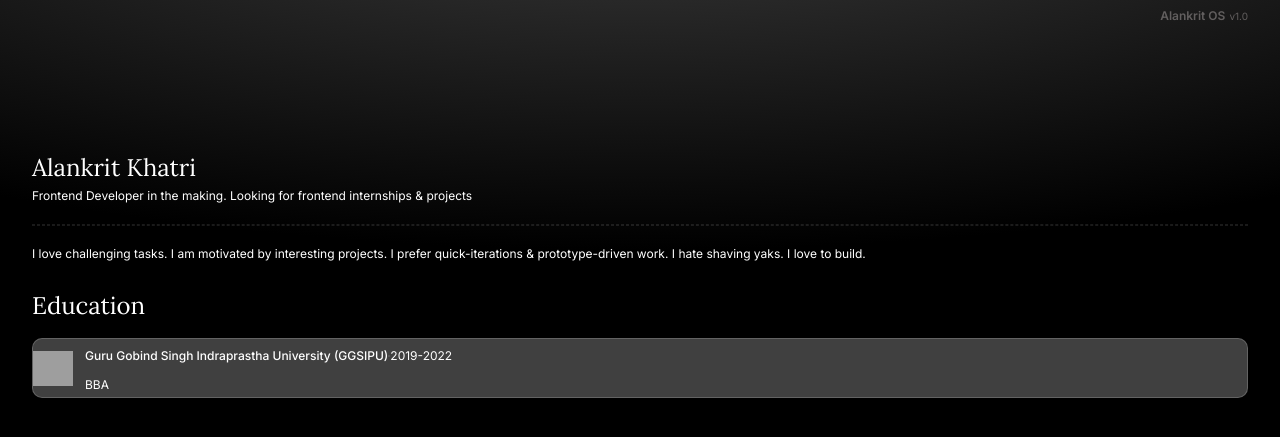
Repository: alankritkhatri/alankrit.xyz
Page: /
An editor plug-in stored every save of this project. The page is shown before and after a run of saves, followed by the edit.
The browser window is 1280 px wide. The pictures show the whole page.
Pictures or frames that could not be fetched are drawn as grey boxes. The project was rebuilt for these pictures with package versions that can differ from the ones it lists, and the page was loaded fresh each time. Also part of the build but not shown: vite.config.js, src/blog.jsx.

Above is the page before, as saved 2024-08-11 21:25:42.

### index.html
<!DOCTYPE html>
<html lang="en">
  <head>
    <meta charset="UTF-8" />

    <link rel="icon" type="image/svg+xml" href="/vite.svg" />
    <link rel="preconnect" href="https://fonts.googleapis.com" />
    <link rel="preconnect" href="https://fonts.gstatic.com" crossorigin />
    <link
      href="https://fonts.googleapis.com/css2?family=Inter:wght@100..900&display=swap"
      rel="stylesheet"
    />

    <link
      href="https://fonts.googleapis.com/css2?family=Lora:ital,wght@0,400..700;1,400..700&display=swap"
      rel="stylesheet"
    />
    <!-- Linkedin link -->
    <script
      src="https://platform.linkedin.com/badges/js/profile.js"
      async
      defer
      type="text/javascript"
    ></script>
<meta name="viewport" content="width=device-width, initial-scale=1.0">
    <title>AlankritOS</title>
  </head>
  <body>
    <div id="root"></div>
    <script type="module" src="/src/main.jsx"></script>
  </body>
</html>

### src/App.jsx
import "./App.css";
import { BrowserRouter as Router, Routes, Route, Link } from "react-router-dom";
import Blog from "./blog";
import Home from "./pages/Home/Home";
const App = () => {
  return (
    <div className="main">
      <Router>
        <Link to="/">
          <div className="logo">
            <h1>Alankrit OS</h1>
            <span>v1.0</span>
          </div>
        </Link>
        <Routes>
          <Route path="/" element={<Home />} />
          <Route path="blog" element={<Blog />} />
        </Routes>
      </Router>
    </div>
  );
};

export default App;

### src/App.css
* {
  margin: 0px;
  padding: 0px;
  box-sizing: border-box;
  font-family: Inter, Haettenschweiler, "Arial Narrow Bold", sans-serif;
}

body,html{
  min-height: 100vh;
background: radial-gradient(100% 400px at 50% -150px, #404040, #000000)
}
.main {
  h1 {
    line-height: 32px;
  }
  h2 {
    line-height: 24px;
  }
  h3 {
    line-height: 16px;
  }
  p {
    line-height: 24px;
  }
  color: white;

  padding: 0px 32px;
  a {
    text-decoration: none;
  }
  .logo {
    color: rgba(126, 121, 121, 0.726);
    display: flex;
    align-items: center;
    justify-content: flex-end;
    gap: 4px;

    font-family: monospace;
    animation: flicker 2s infinite;
    h1 {
      font-size: 12px;
      font-weight: 600;
    }
    span {
      font-size: 10px;
      font-weight: 400;
    }
  }
}
/* logo flickr animation */
@keyframes flicker {
  0% {
    opacity: 0;
  }
  9% {
    opacity: 0;
  }
  10% {
    opacity: 0.5;
  }
  13% {
    opacity: 0;
  }
  20% {
    opacity: 0.5;
  }
  25% {
    opacity: 1;
  }
}

### src/pages/Home/Home.jsx
import Infosection from "../../components/Info-Section/Infosection.jsx";
import "./Home.css";
import data from "../../alankrit_data/data.json";
const Home = () => {
  return (
    <div className="home">
      <div
        className="badge-base LI-profile-badge"
        data-locale="en_US"
        data-size="medium"
        data-theme="dark"
        data-type="VERTICAL"
        data-vanity="alankrit-khatri"
        data-version="v1"
      >
        {" "}
        </div>

      <div className="about-section">
        <h1 className="name">Alankrit Khatri</h1>
        <p>
          Frontend Developer in the making. Looking for frontend internships &
          projects
        </p>
        <div className="dashed-line"></div>
        <p>
          I love challenging tasks. I am motivated by interesting projects. I
          prefer quick-iterations & prototype-driven work. I hate shaving yaks.
          I love to build.
        </p>
      </div>
      <div className="education-section">
        <h1>Education</h1>
        <Infosection {...data} />




        {console.log(data)}
      </div>
    </div>
  );
};

export default Home;

### src/components/Info-Section/Infosection.jsx
import "./infoSection.css";
const Infosection = (props) => {
  return (
    <>
      <div className="infosection-details">
        <img
          src={props[0].educationDetails.bachelors.logo}
          alt=""
          style={{ width: "40px", height: "35px" }}
        />
        <div className=" infosection-info">
          <div className="infosection-info-top ">
            <h2 style={{ opacity: "1", fontWeight: "500" }}>
              {props[0].educationDetails.bachelors.schoolName}
            </h2>
            <div className="dashed-line"></div>
            <h2> {props[0].educationDetails.bachelors.schoolYears} </h2>
          </div>

          <div className="infosection-info-bottom">
            <h2> {props[0].educationDetails.bachelors.course}</h2>
          </div>
        </div>
      </div>
    </>
  );
};

export default Infosection;

### src/pages/Home/Home.css
.home {
  margin: 96px 0px;
  display: flex;
  flex-direction: column;
  gap: 24px;
  /* dashed line  */
  .dashed-line {
    margin: 16px 0px;
    opacity: 0.1;
    border-width: 1px;
    border-style: dashed;
    color: rgb(255 255 255);
  }
  .hide {
    display: none;
  }
  h1 {
    font-family: "Lora", serif;
    font-size: 24px;
    font-weight: 400;
  }
  h2 {
    font-size: 12px;
    font-style: normal;
    font-weight: 400;
  }
  h3 {
    font-size: 10px;
    font-style: normal;
    font-weight: 300;
  }
  p {
    font-size: 12px;
  }
  .about-section {
    display: flex;
    flex-direction: column;
    .name {
      line-height: 32px;
    }
  }
}

### src/alankrit_data/data.json
[
  {
    "educationDetails": {
      "className": "education-details",
      "bachelors": {
        "schoolName": "Guru Gobind Singh Indraprastha University (GGSIPU)",
        "schoolYears": "2019-2022",
        "course": "BBA",
        "logo": "https://encrypted-tbn0.gstatic.com/images?q=tbn:ANd9GcRM9GNTFenU_T9caTwA63o86iaVHMnf9eeEPw&s"
      },
      "masters": {
        "schoolName": "Guru Gobind Singh Indraprastha University (GGSIPU)",
        "schoolYears": "2019-2022",
        "logo": "https://encrypted-tbn0.gstatic.com/images?q=tbn:ANd9GcRM9GNTFenU_T9caTwA63o86iaVHMnf9eeEPw&s"
      }
    }
  }
]

### src/components/Info-Section/infoSection.css
.infosection-details {
  background: rgba(255, 255, 255, 0.25);
  -webkit-backdrop-filter: blur(4px);
  border-radius: 10px;
  border: 1px solid rgba(255, 255, 255, 0.18);
  backdrop-filter: blur(10px);
  backdrop-filter: saturate(180%) blur(10px);
  display: flex;
  align-items: center;
  gap: 12px;
  margin: 16px 0px;

  .infosection {
    width: 100%;
    min-width: 80%;
    * {
      line-height: 16px;
    }
    h3 {
      letter-spacing: -0.26px;
      opacity: 0.5;
    }
    h2 {
      opacity: 0.5;
    }
  }
  .infosection-info-top {
    display: flex;
    justify-content: space-between;
    align-items: center;
  }
}

Loaded but not shown: src/main.jsx (common file)

After the next 4 saves:
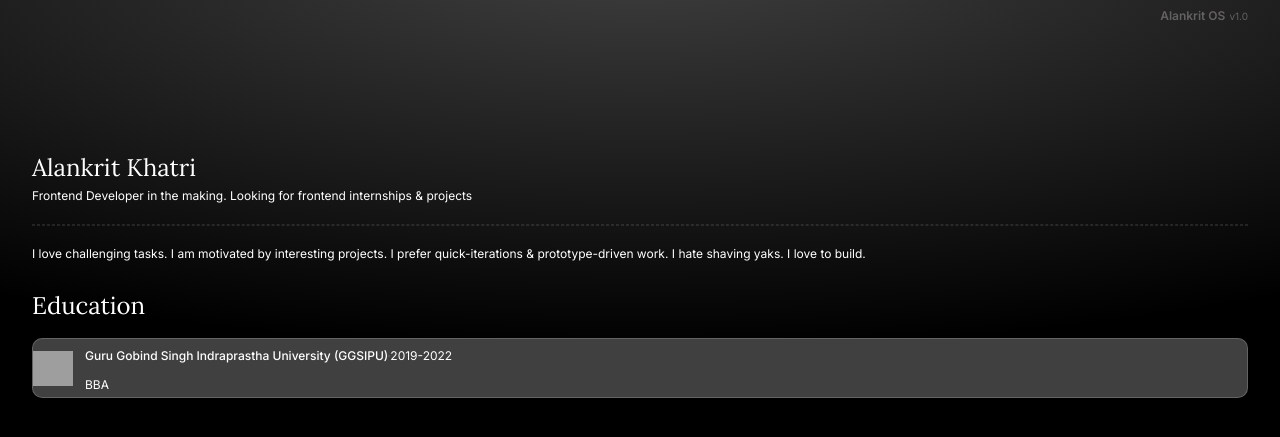
The 4 saves are shown as one change because they came seconds apart.
The last was saved 11 s later.
--- a/src/App.css
+++ b/src/App.css
@@ -7,7 +7,7 @@
 
 body,html{
   min-height: 100vh;
-background: radial-gradient(100% 400px at 50% -150px, #404040, #000000)
+background: radial-gradient(100% 400px at 50% -50px, #404040, #000000)
 }
 .main {
   h1 {
